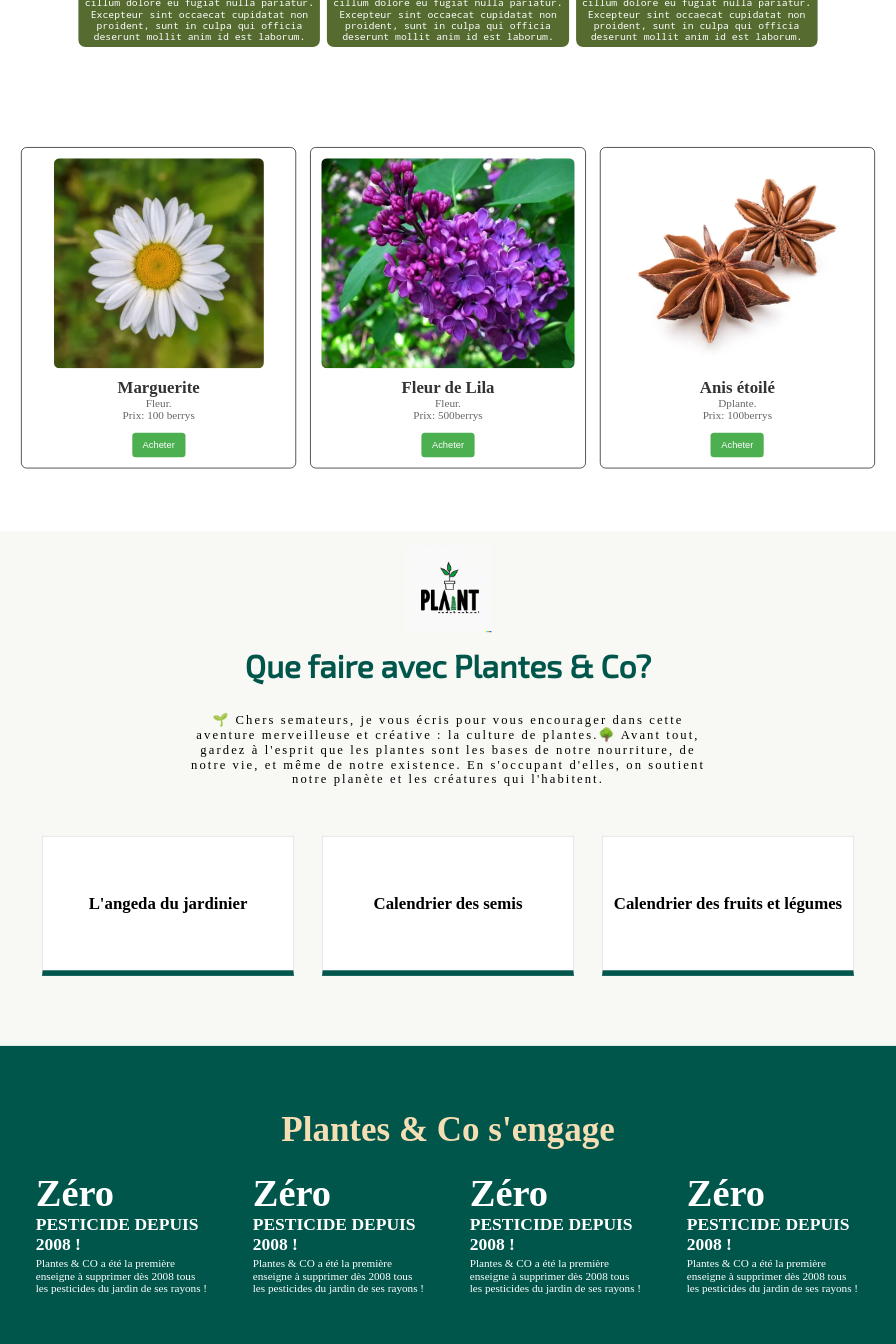
Repository: Flexo874/ISITECH-HTML-CSS
Page: index.html
The author's editor kept a copy of each file at every save. The page is drawn from the files as they stood at one save, then again after the next save.
The browser window is 1280 px wide. The pictures show the part of the page from y = 1303 to 3223 px (the page is 3223 px tall), at 70% of full size.
Some web fonts or font styles are not loaded; a fallback is used.

Above is the page before, as saved 2024-01-03 16:05:28.

After the next save:
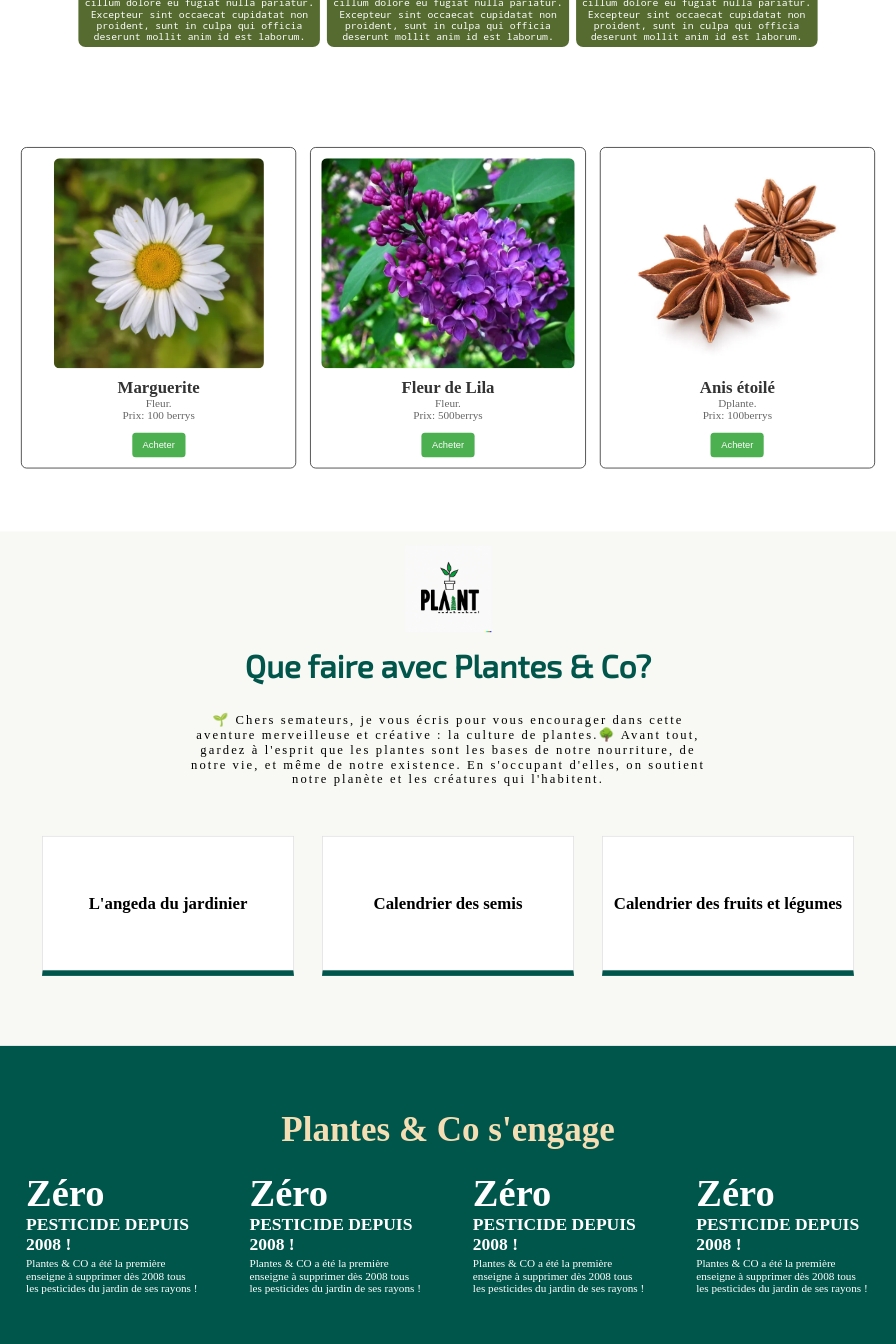
Saved 1 s later.
--- a/index.html
+++ b/index.html
@@ -115,16 +115,20 @@
                 <h4>PESTICIDE DEPUIS 2008 !</h4>
                 <p>Plantes & CO a été la première enseigne à supprimer dès 2008 tous les pesticides du jardin de ses rayons !</p>
             </div>
+            <div class="separator"></div>
             <div class="eng">
                 <h3>Zéro</h3>
                 <h4>PESTICIDE DEPUIS 2008 !</h4>
                 <p>Plantes & CO a été la première enseigne à supprimer dès 2008 tous les pesticides du jardin de ses rayons !</p>
             </div>
+            <div class="separator"></div>
             <div class="eng">
                 <h3>Zéro</h3>
                 <h4>PESTICIDE DEPUIS 2008 !</h4>
                 <p>Plantes & CO a été la première enseigne à supprimer dès 2008 tous les pesticides du jardin de ses rayons !</p>
             </div>
+            <div class="separator"></div>
+
             <div class="eng">
                 <h3>Zéro</h3>
                 <h4>PESTICIDE DEPUIS 2008 !</h4>
